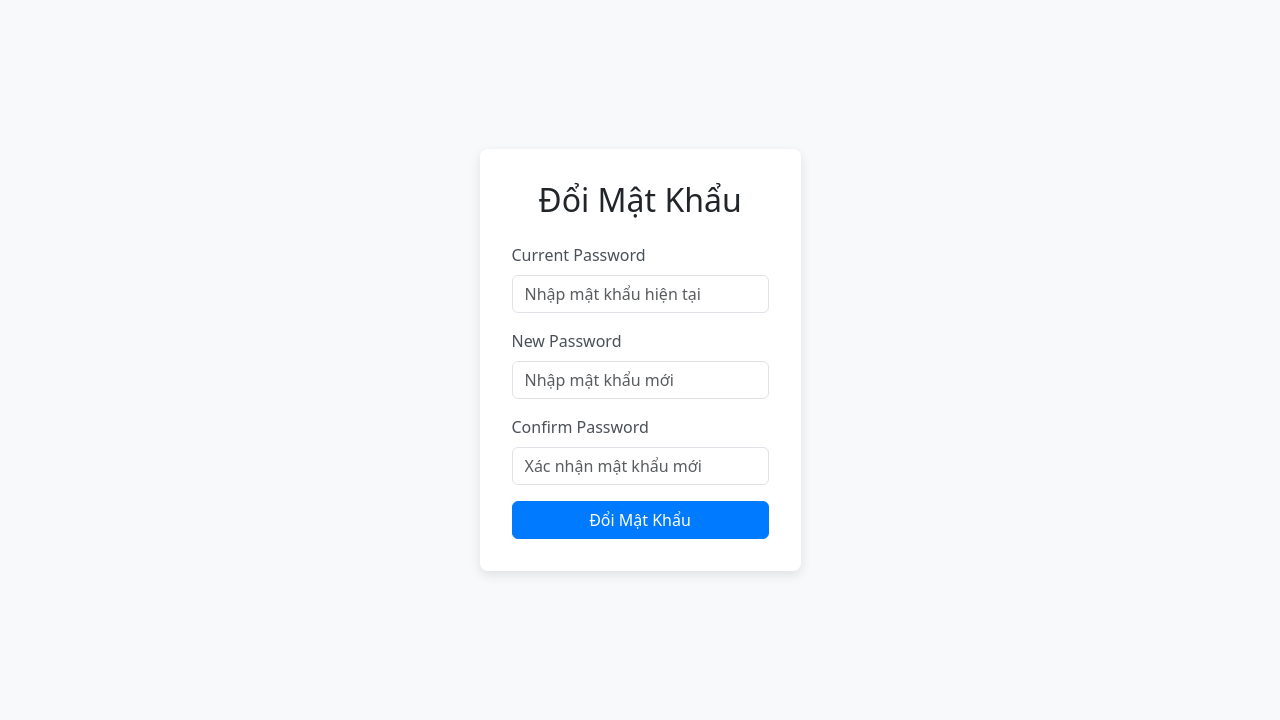
Repository: manhtdxxx/Tour-Booking-Webapp
Page: http://localhost/bookingTour/changepassword.jsp
The author's editor kept a copy of each file at every save. The page is drawn from the files as they stood at one save, then again after the next save.
The browser window is 1280 px wide. The pictures show the whole page.
The page is served by Tomcat 9.

Above is the page before, as saved 2024-11-10 16:08:48.

After the next save:
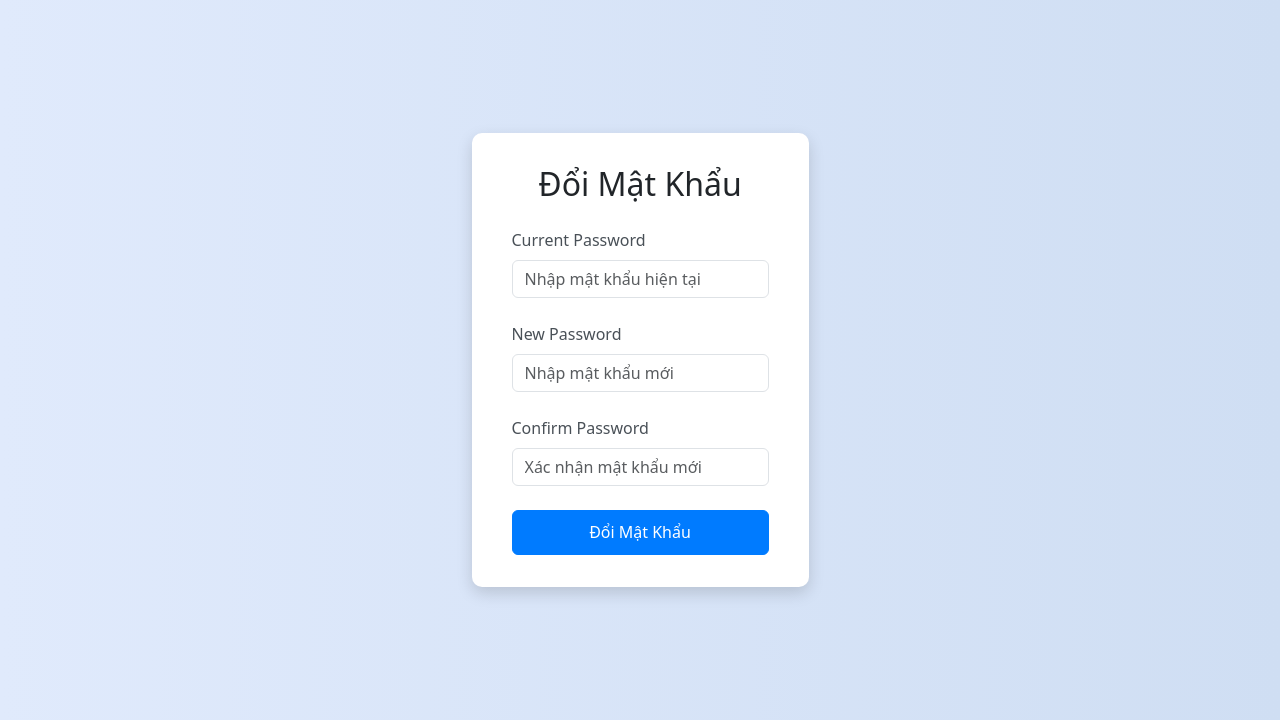
Saved 59 s later.
--- a/bookingTour/src/main/webapp/changepassword.jsp
+++ b/bookingTour/src/main/webapp/changepassword.jsp
@@ -9,25 +9,29 @@
 	rel="stylesheet">
 <script src="https://cdn.jsdelivr.net/npm/bootstrap@5.3.3/dist/js/bootstrap.bundle.min.js"></script>
 <style>
+/* Background gradient */
 body {
-	background-color: #f8f9fa;
+	background: linear-gradient(to right, #e0eafc, #cfdef3);
 }
-
+/* Centered form container with more padding and rounded corners */
 .form-container {
-	max-width: 400px;
-	padding: 2rem;
+	max-width: 450px;
+	padding: 2rem 2.5rem;
 	background-color: #ffffff;
-	border-radius: 8px;
-	box-shadow: 0 4px 12px rgba(0, 0, 0, 0.1);
+	border-radius: 10px;
+	box-shadow: 0 6px 16px rgba(0, 0, 0, 0.15);
+	margin: 0 1rem;
 }
-
+/* Form labels in a soft gray */
 .form-label {
 	color: #495057;
 }
-
+/* Improved button style with smooth hover effect */
 .btn-primary {
 	background-color: #007bff;
 	border-color: #007bff;
+	padding: 0.6rem;
+	font-size: 1rem;
 	transition: background-color 0.3s, box-shadow 0.3s;
 }
 
@@ -44,17 +48,17 @@ body {
 		<h2 class="text-center mb-4">Đổi Mật Khẩu</h2>
 
 		<form action="change-password" method="post">
-			<div class="mb-3">
+			<div class="mb-4">
 				<label for="currentPassword" class="form-label">Current Password</label> <input type="password"
 					class="form-control" id="currentPassword" name="currentPassword"
 					placeholder="Nhập mật khẩu hiện tại" required>
 			</div>
-			<div class="mb-3">
+			<div class="mb-4">
 				<label for="newPassword" class="form-label">New Password</label> <input type="password"
 					class="form-control" id="newPassword" name="newPassword" placeholder="Nhập mật khẩu mới"
 					required>
 			</div>
-			<div class="mb-3">
+			<div class="mb-4">
 				<label for="confirmPassword" class="form-label">Confirm Password</label> <input type="password"
 					class="form-control" id="confirmPassword" name="confirmPassword"
 					placeholder="Xác nhận mật khẩu mới" required>
